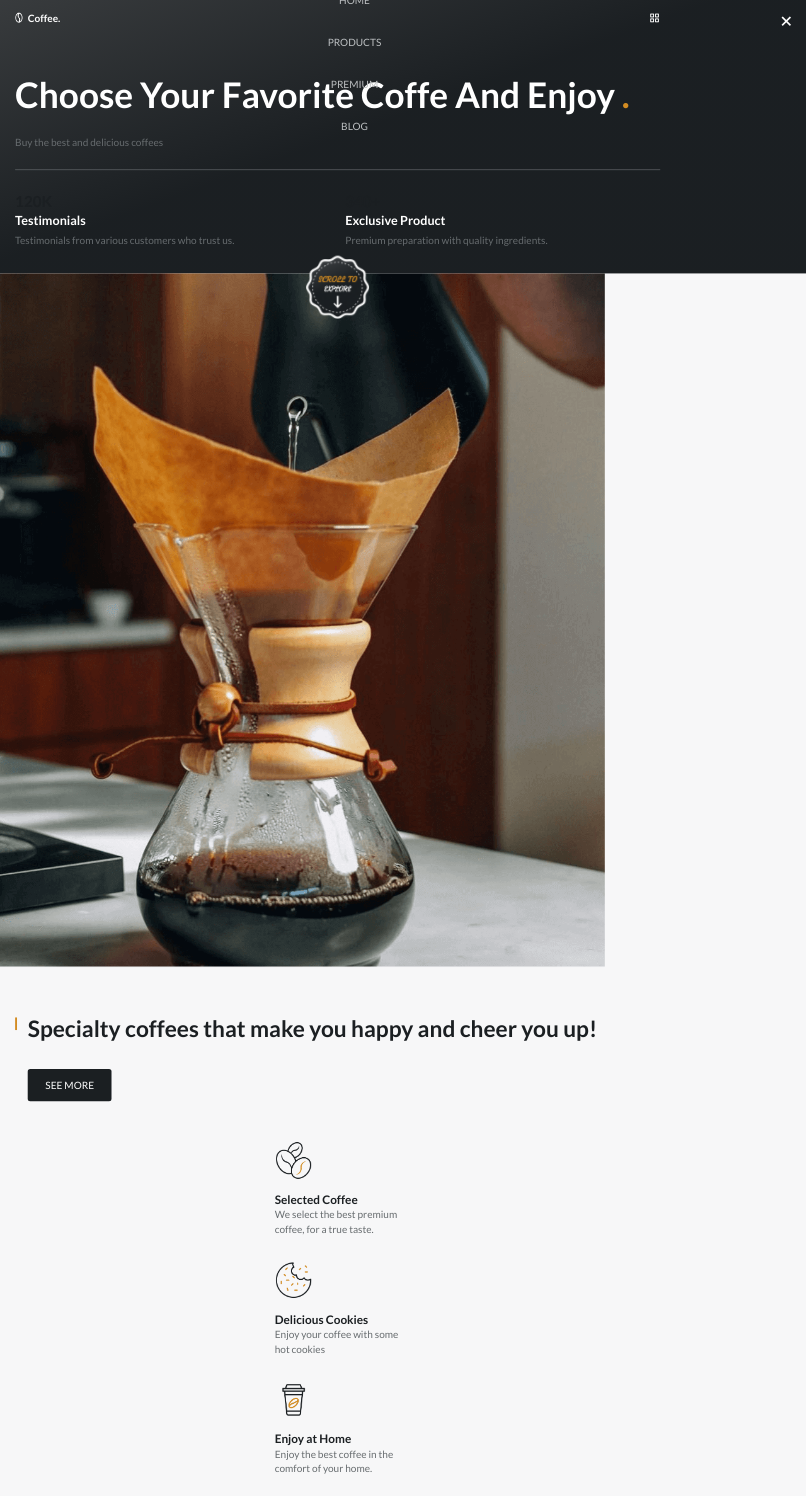
Repository: phong121020/coffee-responsive
Page: index.html
An editor plug-in stored every save of this project. The page is shown before and after the next save, followed by the edit.
The browser window is 1280 px wide. The pictures show the whole page, at 63% of full size.

Above is the page before, as saved 2022-03-06 19:01:30.

After the next save:
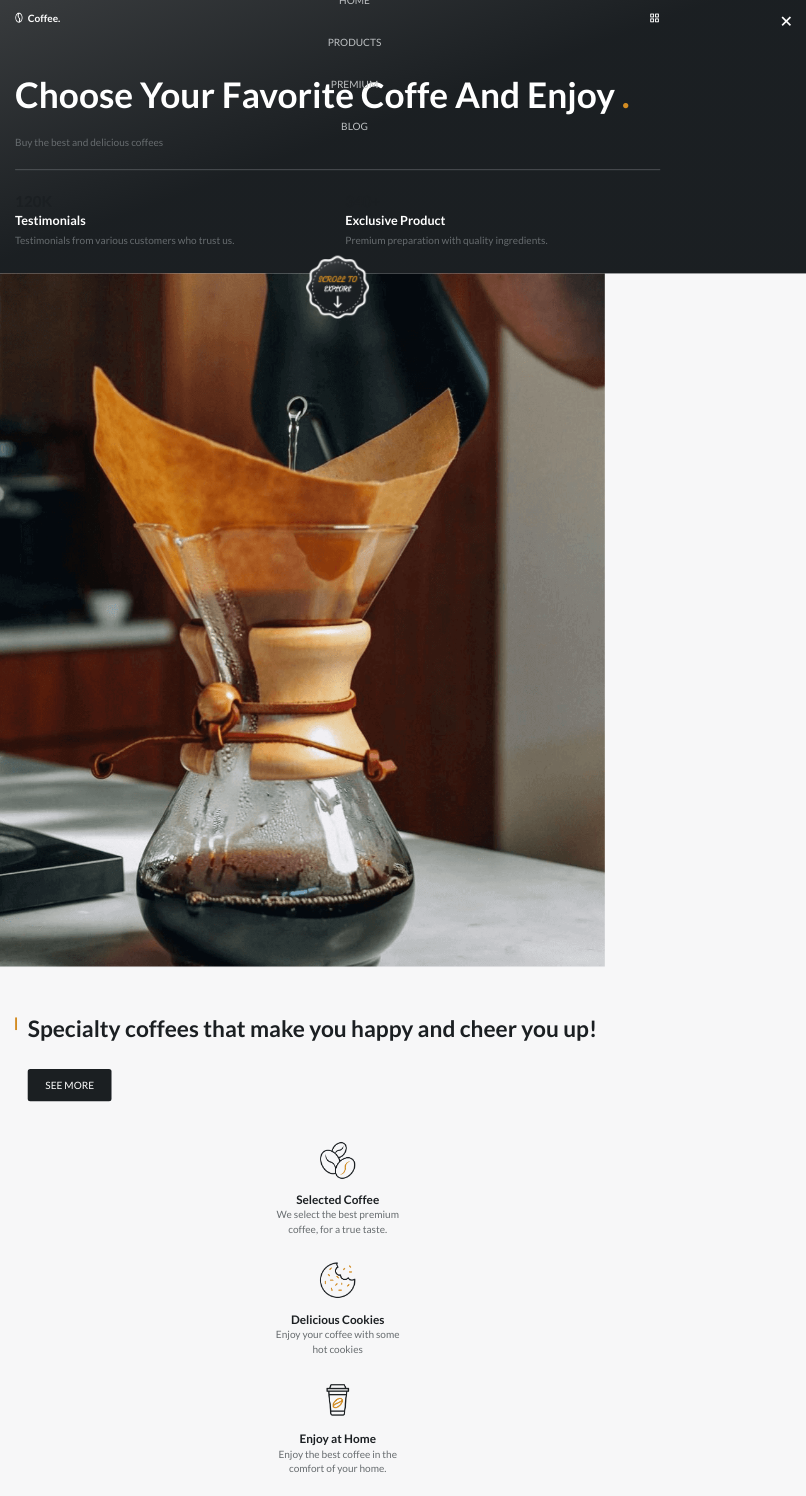
Saved 50 s later.
--- a/assets/css/style.css
+++ b/assets/css/style.css
@@ -304,3 +304,6 @@ button {
   margin-bottom: 1rem;
   transition: 0.4s;
 }
+.specialty__group {
+  text-align: center;
+}
